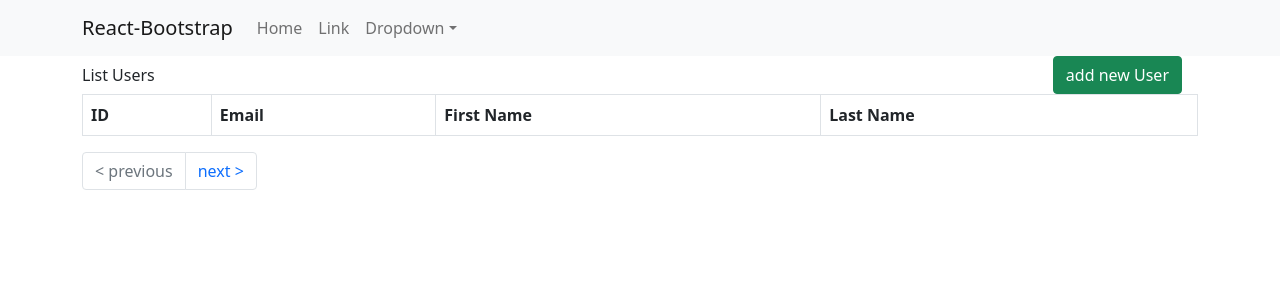
Repository: hieuche123/practice-reactjs
Page: /
These files come from the project's save history. The page is drawn as it stood at one moment and after the next save; the edit follows.
The browser window is 1280 px wide. The pictures show the whole page.
The page's requests for data from a server got no answer. The project was rebuilt for these pictures with package versions that can differ from the ones it lists, and the page was loaded fresh each time. No one was signed in, and anything a server would have sent is missing.

Above is the page before, as saved 2023-03-21 21:44:05.

### src/index.js
import React from 'react';
import ReactDOM from 'react-dom';
import App from './App';
import 'bootstrap/dist/css/bootstrap.min.css';

ReactDOM.render(
  <React.StrictMode>
    <App />
  </React.StrictMode>,
  document.getElementById('root')
);

// If you want to start measuring performance in your app, pass a function
// to log results (for example: reportWebVitals(console.log))
// or send to an analytics endpoint. Learn more: https://bit.ly/CRA-vitals

### src/App.js

import { Container } from 'react-bootstrap';
import './App.scss';
import Header from './components/Header';
import TableUsers from './components/TableUsers';

function App() {
  return (
    <div className="app-container">
      <Header/>
      <Container>
        <div className='add-new'>
         <span> List Users</span>
          <button className='mx-3 btn btn-success'>add new User</button>
        </div>
        <TableUsers/>
      </Container>
    </div>
  );
}

export default App;

### src/App.scss
body {
  margin: 0;
  font-family: -apple-system, BlinkMacSystemFont, 'Segoe UI', 'Roboto', 'Oxygen',
    'Ubuntu', 'Cantarell', 'Fira Sans', 'Droid Sans', 'Helvetica Neue',
    sans-serif;
  -webkit-font-smoothing: antialiased;
  -moz-osx-font-smoothing: grayscale;
}

code {
  font-family: source-code-pro, Menlo, Monaco, Consolas, 'Courier New',
    monospace;
}

.add-new {
  display: flex;
  align-items: center;
  justify-content: space-between;
}

### src/components/Header.js
import Container from 'react-bootstrap/Container';
import Nav from 'react-bootstrap/Nav';
import Navbar from 'react-bootstrap/Navbar';
import NavDropdown from 'react-bootstrap/NavDropdown';
function Header() {
    return (
        <>
            <Navbar bg="light" expand="lg">
                <Container>
                    <Navbar.Brand href="#home">React-Bootstrap</Navbar.Brand>
                    <Navbar.Toggle aria-controls="basic-navbar-nav" />
                    <Navbar.Collapse id="basic-navbar-nav">
                    <Nav className="me-auto">
                        <Nav.Link href="#home">Home</Nav.Link>
                        <Nav.Link href="#link">Link</Nav.Link>
                        <NavDropdown title="Dropdown" id="basic-nav-dropdown">
                        <NavDropdown.Item href="#action/3.1">Action</NavDropdown.Item>
                        <NavDropdown.Item href="#action/3.2">
                            Another action
                        </NavDropdown.Item>
                        <NavDropdown.Item href="#action/3.3">Something</NavDropdown.Item>
                        <NavDropdown.Divider />
                        <NavDropdown.Item href="#action/3.4">
                            Separated link
                        </NavDropdown.Item>
                        </NavDropdown>
                    </Nav>
                    </Navbar.Collapse>
                </Container>
            </Navbar>
        </>
    );
}

export default Header;

### src/components/TableUsers.js
import axios from 'axios';
import { useEffect, useState } from 'react';
import Table from 'react-bootstrap/Table';
import {fetchAllUser} from '../sevices/UserSevice'
import ReactPaginate from 'react-paginate';
function TableUsers(props) {
    const [listUsers, setListUsers] = useState([]);
    const [totalUsers, setTotalUsers] = useState(0);
    const [totalPages, setTotalPages] = useState(0);

    useEffect(()=> {
        getUsers(1);
    },[])

    const getUsers = async(page) => {
        let res = await fetchAllUser(page);
        if(res && res.data) {
            setListUsers(res.data);
            setTotalUsers(res.total);
            setTotalPages(res.total_pages);
            console.log(res.data)
        }
        console.log(res)
    }

    const handlePageClick = (event) => {
        getUsers(+event.selected + 1);

      };

    return (
        <>
            <Table striped bordered hover>
                <thead>
                    <tr>
                    <th>ID</th>
                    <th>Email</th>
                    <th>First Name</th>
                    <th>Last Name</th>
                    </tr>
                </thead>
                <tbody>
                    {listUsers && listUsers.length > 0 &&
                        listUsers.map((item, index) => {
                            return (
                                <tr key={item.id}>
                                    <th>{item.id}</th>
                                    <th>{item.email}</th>
                                    <th>{item.first_name}</th>
                                    <th>{item.last_name}</th>
                                </tr>
                            )
                        })

                    }
                </tbody>
            </Table>
            <ReactPaginate
                breakLabel="..."
                nextLabel="next >"
                onPageChange={handlePageClick}
                pageRangeDisplayed={5}
                pageCount={totalPages}
                previousLabel="< previous"

                pageClassName='page-item'
                pageLinkClassName='page-link'
                previousClassName='page-item'
                previousLinkClassName='page-link'
                nextClassName='page-item'
                nextLinkClassName='page-link'
                breakClassName='page-item'
                breakLinkClassName='page-link'
                containerClassName='pagination'
                activeClassName='active'
            />


        </>
    );
}

export default TableUsers;

### src/sevices/UserSevice.js
import axios from './CustomizeAxios';

const fetchAllUser = (page) => {
    return axios.get(`/api/users?page=${page}`)
}



export {fetchAllUser};

### src/sevices/CustomizeAxios.js
import axios from "axios";

const instance = axios.create({
    baseURL: 'https://reqres.in'
})

// Add a response interceptor
instance.interceptors.response.use(function (response) {
    // Any status code that lie within the range of 2xx cause this function to trigger
    // Do something with response data
    return response.data;
  }, function (error) {
    // Any status codes that falls outside the range of 2xx cause this function to trigger
    // Do something with response error
    return Promise.reject(error);
  });
export default instance;

Loaded but not shown: public/index.html (common file)

After the next save:
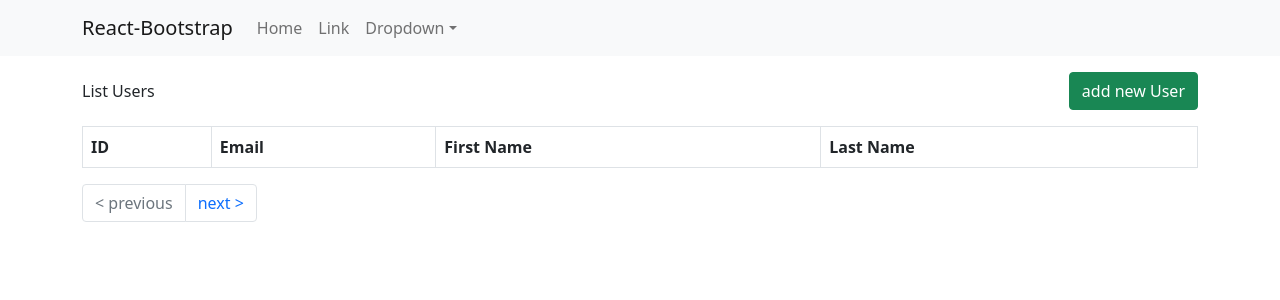
Saved 18 s later.
--- a/src/App.js
+++ b/src/App.js
@@ -9,9 +9,9 @@ function App() {
     <div className="app-container">
       <Header/>
       <Container>
-        <div className='add-new'>
+        <div className='add-new my-3'>
          <span> List Users</span>
-          <button className='mx-3 btn btn-success'>add new User</button>
+          <button className='btn btn-success'>add new User</button>
         </div>
         <TableUsers/>
       </Container>
